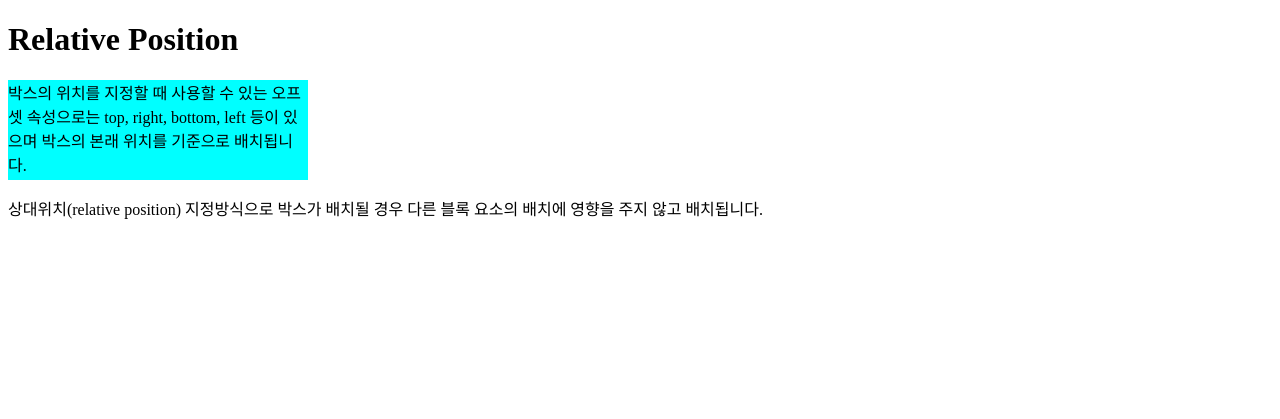
Repository: RyuJelly/java_web
Page: CSS/WebContent/exam2/3-5-09.html
These files come from the project's save history. The page is drawn as it stood at one moment and after the next save; the edit follows.
The browser window is 1280 px wide. The pictures show the whole page.

Above is the page before, as saved 2021-03-08 02:17:28.

After the next save:
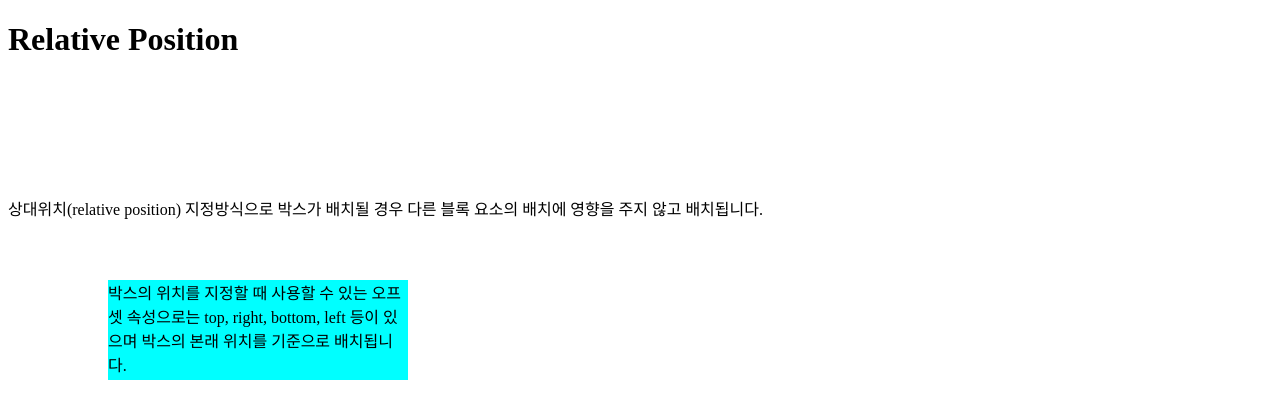
Saved 21 s later.
--- a/CSS/WebContent/exam2/3-5-09.html
+++ b/CSS/WebContent/exam2/3-5-09.html
@@ -10,7 +10,7 @@
 			background: aqua;
 			top: 200px;
 			left: 100px;
-			position: relation;
+			position: relative;
 		}
 	</style>
 </head>
